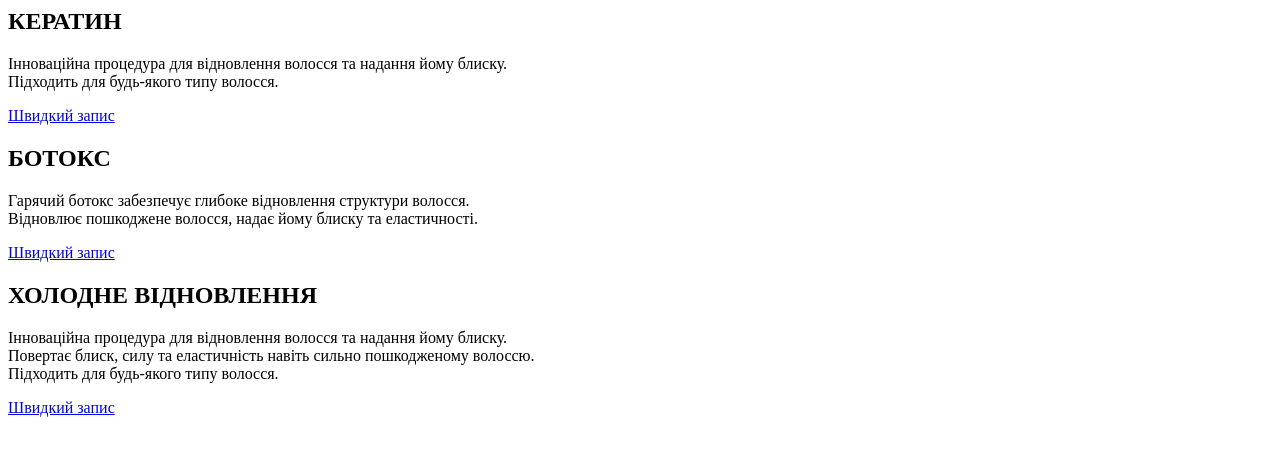
Repository: DianaKey/Keratin
Page: index.scroll.partial.html
An editor plug-in stored every save of this project. The page is shown before and after the next save, followed by the edit.
The browser window is 1280 px wide. The pictures show the whole page.

Above is the page before, as saved 2025-09-04 12:52:05.

After the next save:
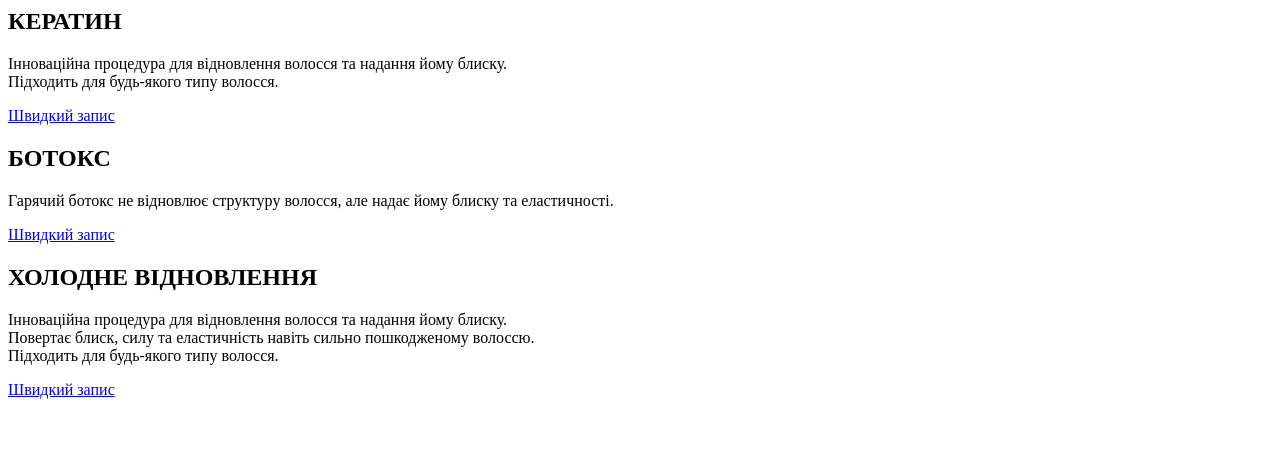
Saved 16 s later.
--- a/index.scroll.partial.html
+++ b/index.scroll.partial.html
@@ -15,8 +15,7 @@
   <div class="hero-section__content js-reveal">
     <h2 class="hero-section__title">БОТОКС</h2>
     <p class="hero-section__text">
-      Гарячий ботокс забезпечує глибоке відновлення структури волосся.<br />
-      Відновлює пошкоджене волосся, надає йому блиску та еластичності.<br />
+      Гарячий ботокс не відновлює структуру волосся, але надає йому блиску та еластичності.<br />
     </p>
     <a class="hero-section__btn" href="#">Швидкий запис</a>
   </div>
